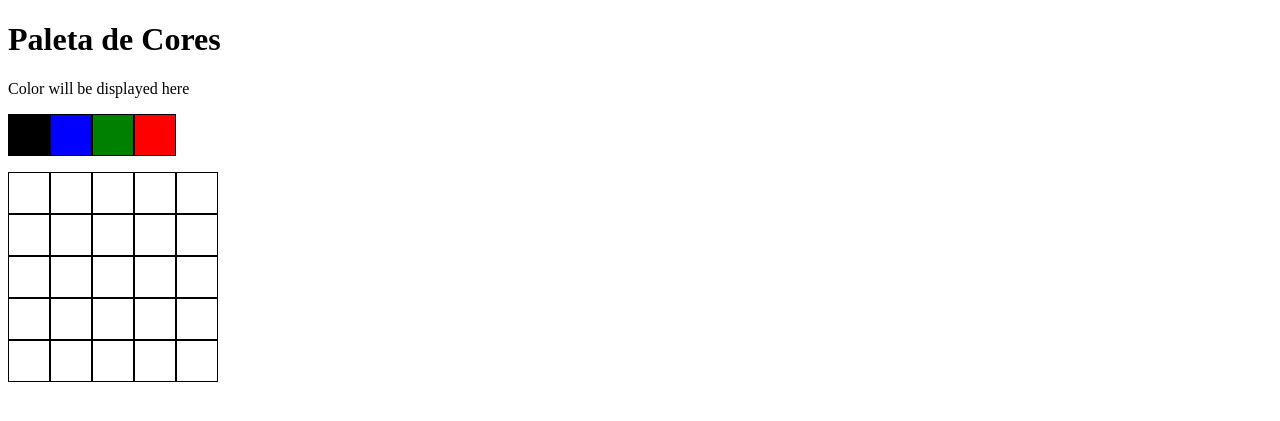
Repository: MuriloColleti/project-Pixer-Art
Page: index.html
An editor plug-in stored every save of this project. The page is shown before and after the next save, followed by the edit.
The browser window is 1280 px wide. The pictures show the whole page.
After loading, the first visible `div.pixel` was clicked once.

Above is the page before, as saved 2024-02-06 16:06:14.
Console error: ReferenceError: Color is not defined

### index.html
<!DOCTYPE html>
<html lang="en">
<head>
    <meta charset="UTF-8">
    <meta name="viewport" content="width=device-width, initial-scale=1.0">
    <link rel="stylesheet" href="style.css">
    <title>Paleta de Cores</title>
</head>

<body>
    <header> <h1 id="title"> Paleta de Cores </h1> </header>

    <p id="colorDisplay">Color will be displayed here</p>

<div id="pallet-container">
    <div class="square black color"></div>
    <div class="square blue color"></div>
    <div class="square green color"></div>
    <div class="square red color"></div>
</div>
    <main id="pixel-board"></main>

</body>

<script src="script.js"></script>

</html>

### style.css
.black{
    background-color: black;
}

.blue{
    background-color: blue;
}

.red{
    background-color: red;
}

.green{
    background-color: green;
}

.square{
    width: 40px;
    height: 40px;
    border: 1px solid black;
}

#pallet-container{
    display: flex;
    margin-bottom: 1rem;
}

.pixel{
    width: 40px;
    height: 40px;
    border: 1px solid black;
    display: flex;
}

#pixel-board{

    display: flex;
    flex-direction: column;
    justify-content: center;

}

.line{
    display: flex;
}

### script.js
const pixeltable = document.getElementById('pixel-board');
const colorPallet = document.getElementById('pallet-container')
let currentColor = 'black';

const colorElements = document.querySelectorAll('.color');
const colorDisplay = document.getElementById('colorDisplay');


for (linha = 0; linha < 5; linha += 1) {

    var newLine = document.createElement('div')
    newLine.classList.add('line')
    pixeltable.appendChild(newLine);

    for (pixel = 0; pixel < 5; pixel += 1) {
        var newPixel = document.createElement('div')
        newPixel.classList.add('pixel')
        newPixel.addEventListener('click', paintpixel);
        newLine.appendChild(newPixel)
    }
}
colorElements.forEach(function(colorElement) {
    colorElement.addEventListener('click', function() {
        const backgroundColor = this.style.backgroundColor;
        colorDisplay.textContent = "Color: " + backgroundColor;
    });
});

colorPallet.addEventListener('click', function(event){
   if(event.target.classList.contains('color')){
       Color = event.target.style.backgroundColor;
   }
})

function paintpixel(event) {
    console.log(event.target)
    event.target.style.backgroundColor = Color;
}

After the next save:
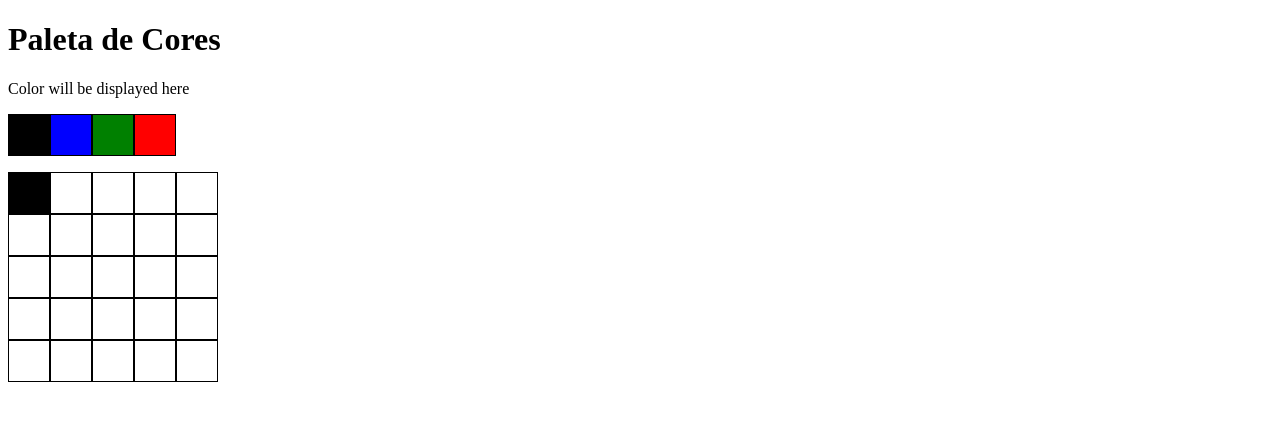
The error is gone.
Saved 35 s later.
--- a/script.js
+++ b/script.js
@@ -34,5 +34,5 @@ colorPallet.addEventListener('click', function(event){
 
 function paintpixel(event) {
     console.log(event.target)
-    event.target.style.backgroundColor = Color;
+    event.target.style.backgroundColor = currentColor;
 }
